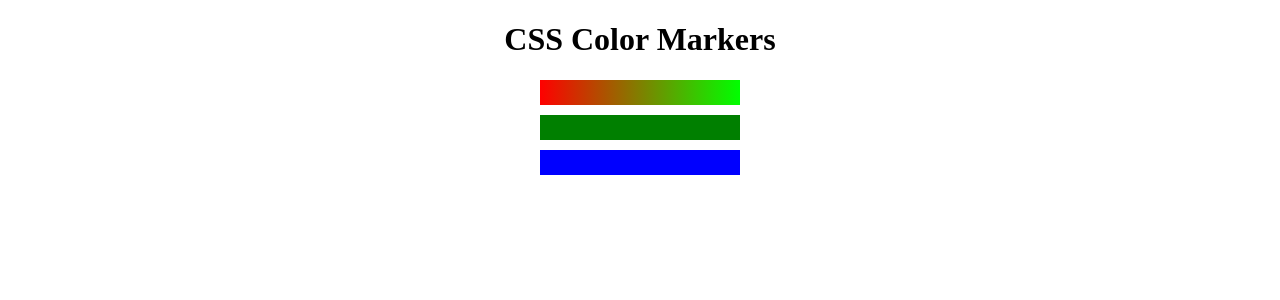
Repository: AimenDje/ColoredMarkers
Page: index.html
An editor plug-in stored every save of this project. The page is shown before and after the next save, followed by the edit.
The browser window is 1280 px wide. The pictures show the whole page.

Above is the page before, as saved 2025-05-09 01:24:08.

After the next save:
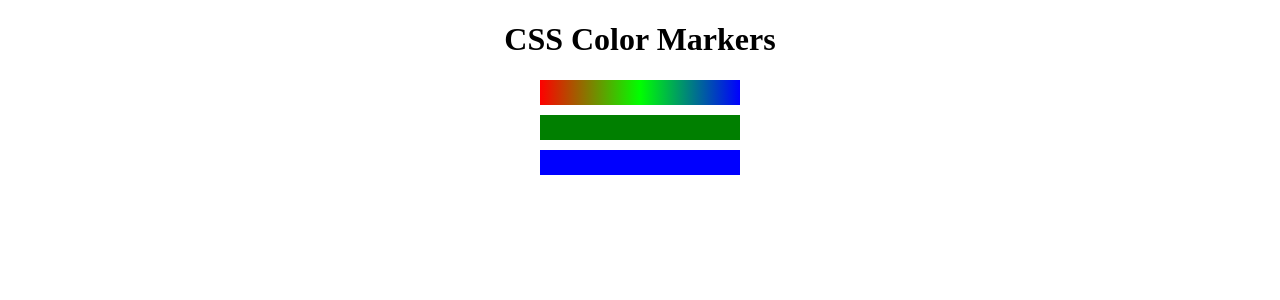
Saved 2 min 3 s later.
--- a/styles.css
+++ b/styles.css
@@ -9,7 +9,7 @@
   }
 
 .red {
-  background: linear-gradient(90deg, rgb(255, 0, 0), rgb(0,255,0));
+  background: linear-gradient(90deg, rgb(255, 0, 0), rgb(0, 255, 0), rgb(0,0,255));
 }
 
 .green {
